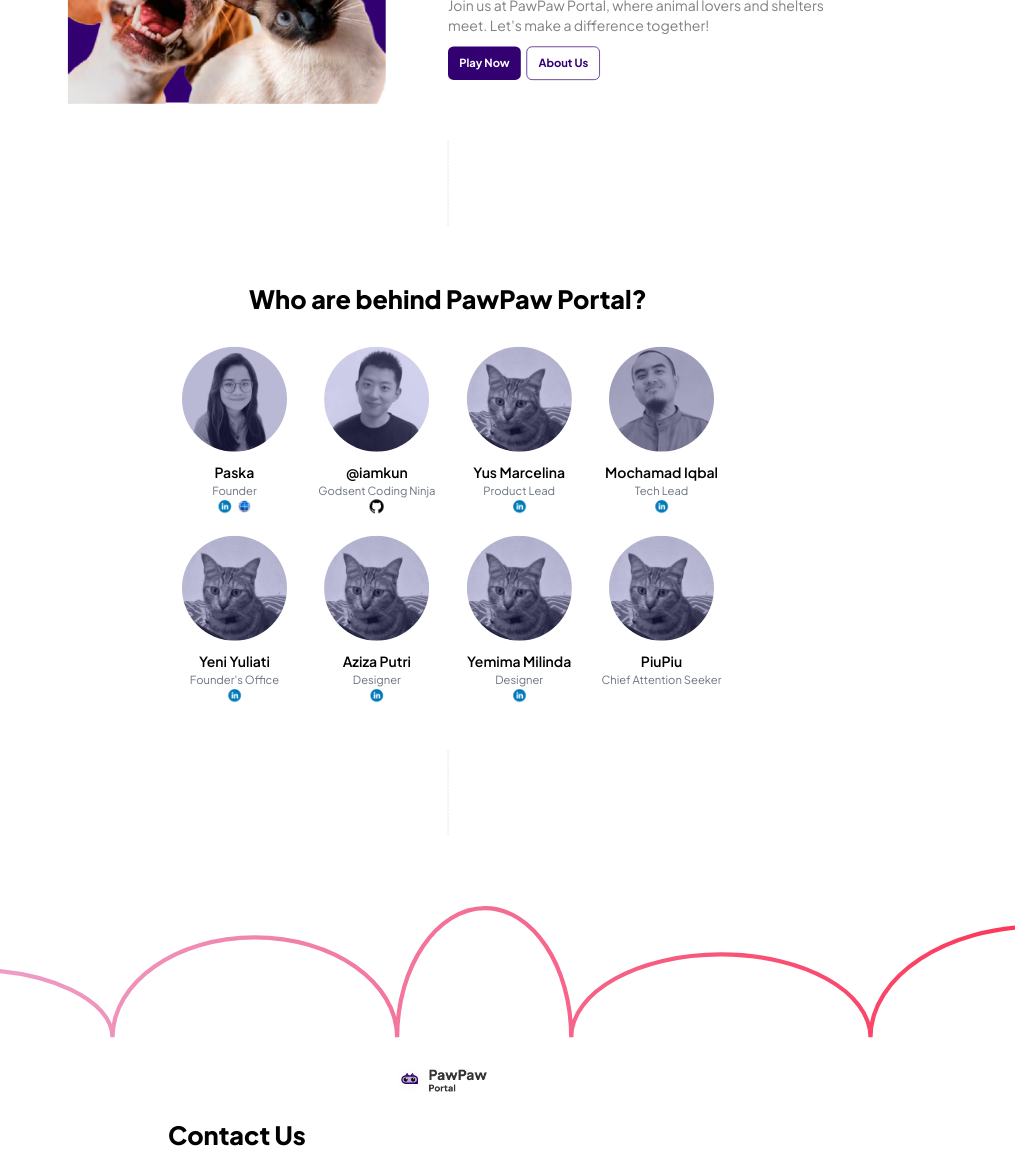
Repository: paskasiregar/pawpawwebsite
Page: /
These files come from the project's save history. The page is drawn as it stood at one moment and after the next save; the edit follows.
The browser window is 1280 px wide. The page is 1450 px wide, so the pictures cover 1450 px, including what lies to the right of the window. The pictures show the part of the page from y = 1375 to 3055 px (the page is 4064 px tall), at 70% of full size.
The project was rebuilt for these pictures with package versions that can differ from the ones it lists, and the page was loaded fresh each time. The framework's server and built-in components were replaced by stand-ins that run in the browser. Also part of the build but not shown: next.config.js, next.config.mjs.

Above is the page before, as saved 2024-09-06 12:53:35.

### src/app/layout.js
import { Inter } from "next/font/google";
import "./globals.css";

const inter = Inter({ subsets: ["latin"] });

export const metadata = {
  title: "PawPaw Portal | Your One-Stop Shelter",
  description: "Your One-Stop Shelter",
};

export default function RootLayout({ children }) {
  return (
    <html lang="en">
      <meta
        name="google-adsense-account"
        content="ca-pub-4770655134097556"
      ></meta>
      <body className={inter.className}>{children}</body>
    </html>
  );
}

### src/app/page.js
import { Contact } from "@/components/contact";
import { Divider } from "@/components/divider";
import { Footer } from "@/components/footer";
import { Header } from "@/components/header";
import CTA from "@/components/CTA";
import Hero from "@/components/hero";
import PrimaryButton from "@/components/primaryButton";
import SecButton from "@/components/secButton";
import Image from "next/image";
import bannerImage from "../assets/banner.png";
import logoHeaderImage from "../assets/banner-10.png";
import Link from "next/link";
import Head from "next/head";
import linkedin from "../assets/linkedin.webp";
import github from "../assets/github.png";
import website from "../assets/website.webp";
import piupiu from "../assets/piupiu.png";
import paska from "../assets/paska.png";
import iqbal from "../assets/iqbal.png";
import kun from "../assets/kun.png";
import julie from "../assets/julie.png";

export default async function Home() {
  return (
    <div className="w-full font-plus-jakarta m-auto flex min-h-screen flex-col items-center justify-between">
      <Head>
        <script
          async
          src="https://pagead2.googlesyndication.com/paead/js/adsbygoogle.js?client=ca-pub-4770655134097556"
          crossorigin="anonymous"
        ></script>
      </Head>
      <section className="w-full">
        <div className="centeredcontainer main-container">
          <Header />
        </div>
        <main className="main-container">
          <div className="animate-fade-in-up">
            <Hero />
          </div>
          <Divider />
          <div className="self-stretch bg-white flex flex-col md:flex-row">
            <div className="flex-1 relative h-48 md:h-[489px] z-[0] flex items-center justify-center">
              <Image
                className="w-[80%] h-auto object-cover"
                alt="banner"
                src={bannerImage}
                width={200}
                height={200}
              />
            </div>

            {/* How it works */}
            <div
              id="how-it-works"
              className="flex-1 flex flex-col items-center md:items-start justify-center gap-4 z-[1] p-4 md:p-8"
            >
              <div className="space-y-4">
                <div className="flex justify-center md:justify-start">
                  <svg
                    width="130"
                    height="77"
                    viewBox="0 0 130 77"
                    fill="none"
                    xmlns="http://www.w3.org/2000/svg"
                  >
                    <path
                      d="M2.04016 48.038C39.1938 19.0059 75.4362 75.5193 75.4362 75.5193C58.6481 44.4597 70.5515 14.7701 105.05 54.8444C105.05 54.8444 88.8644 34.0647 127.885 2.52962"
                      stroke="url(#paint0_linear_545_35744)"
                      strokeWidth="4.42591"
                      strokeMiterlimit="10"
                      strokeLinejoin="bevel"
                    />
                    <defs>
                      <linearGradient
                        id="paint0_linear_545_35744"
                        x1="19.971"
                        y1="73.8863"
                        x2="126.116"
                        y2="-0.218346"
                        gradientUnits="userSpaceOnUse"
                      >
                        <stop offset="0.2868" stopColor="#E9404C" />
                        <stop offset="0.2967" stopColor="#EA475C" />
                        <stop offset="0.3252" stopColor="#EB5B85" />
                        <stop offset="0.3554" stopColor="#EB6CA8" />
                        <stop offset="0.3871" stopColor="#EC79C5" />
                        <stop offset="0.4209" stopColor="#EC84DB" />
                        <stop offset="0.4577" stopColor="#ED8BEB" />
                        <stop offset="0.4998" stopColor="#ED90F4" />
                        <stop offset="0.5589" stopColor="#ED91F7" />
                      </linearGradient>
                    </defs>
                  </svg>
                </div>
                <div className="hidden md:flex items-center justify-center">
                  <Image
                    className="w-36 h-10 object-cover"
                    alt="Logo"
                    src={logoHeaderImage}
                    width={120}
                    height={20}
                  />
                </div>
                <div className="flex flex-col items-center md:items-start">
                  <div className="relative font-extrabold text-2xl md:text-4xl text-center md:text-left">
                    How PawPaw Portal Works
                  </div>
                </div>
                <div className="self-stretch flex flex-col md:flex-row items-center md:items-start justify-start text-lg md:text-xl text-gray-500">
                  <div className="flex-1 flex flex-col items-center md:items-start justify-start">
                    <div className="self-stretch">
                      <p className="m-0 text-center md:text-left">
                        Every video you watch on our app can help animals in
                        need. Fun, isn&apos;t it?
                      </p>
                      <p className="m-2"></p>
                      <p className="m-0 text-center md:text-left">
                        Join us at PawPaw Portal, where animal lovers and
                        shelters meet. Let&apos;s make a difference together!
                      </p>
                    </div>
                  </div>
                </div>
                <div className="flex flex-col md:flex-row gap-2">
                  <PrimaryButton href="https://game.pawpawportal.com">
                    Play Now
                  </PrimaryButton>
                  <Link
                    href="#about-us"
                    className="flex flex-col md:flex-row gap-2"
                  >
                    <SecButton>About Us</SecButton>
                  </Link>
                </div>
              </div>
            </div>
          </div>

          {/* Team */}
          <Divider />
          <div
            id="team"
            className="flex-1 flex flex-col items-center md:items-center justify-center gap-4 z-[1] p-4 md:p-8"
          >
            <div className="space-y-4 justify-center">
              <div className="flex justify-center md:justify-center"></div>

              <div className="flex flex-col items-center md:items-center mb-8">
                <div className="relative font-extrabold text-2xl md:text-4xl text-center md:text-center mb-8">
                  Who are behind PawPaw Portal?
                </div>
              </div>

              <div className="grid grid-cols-1 md:grid-cols-2 lg:grid-cols-4 gap-6 md:gap-8 justify-center">
                {/* Paska */}
                <div className="flex flex-col items-center">
                  <Image
                    className="rounded-full object-cover"
                    alt="Paska"
                    src={paska}
                    width={150}
                    height={150}
                    sizes="(max-width: 768px) 100px, (max-width: 1200px) 150px, 200px"
                  />
                  <div className="text-xl font-semibold mt-4">Paska</div>
                  <div className="text-gray-500">Founder</div>
                  <div className="flex gap-2">
                    <Link href="https://www.linkedin.com/in/pas-ka" passHref>
                      <Image
                        src={linkedin}
                        alt="LinkedIn"
                        width={20}
                        height={20}
                        sizes="(max-width: 768px) 24px, (max-width: 1200px) 24px"
                      />
                    </Link>
                    <Link href="https://www.hellopaska.com" passHref>
                      <Image
                        src={website}
                        alt="Website"
                        width={20}
                        height={20}
                        sizes="(max-width: 768px) 24px, (max-width: 1200px) 24px"
                      />
                    </Link>
                  </div>
                </div>

                {/* iamkun */}
                <div className="flex flex-col items-center">
                  <Image
                    className="rounded-full object-cover"
                    alt="@iamkun"
                    src={kun}
                    width={150}
                    height={150}
                    sizes="(max-width: 768px) 100px, (max-width: 1200px) 150px, 200px"
                  />
                  <div className="text-xl font-semibold mt-4">@iamkun</div>
                  <div className="text-gray-500">Godsent Coding Ninja</div>
                  <Link href="https://github.com/iamkun" passHref>
                    <Image
                      src={github}
                      alt="GitHub"
                      width={20}
                      height={20}
                      sizes="(max-width: 768px) 24px, (max-width: 1200px) 24px"
                    />
                  </Link>
                </div>

                {/* Kak Yus */}
                <div className="flex flex-col items-center">
                  <Image
                    className="rounded-full object-cover"
                    alt="Yus Marcelina"
                    src={piupiu}
                    width={150}
                    height={150}
                    sizes="(max-width: 768px) 100px, (max-width: 1200px) 150px, 200px"
                  />
                  <div className="text-xl font-semibold mt-4">
                    Yus Marcelina
                  </div>
                  <div className="text-gray-500">Product Lead</div>
                  <Link
                    href="https://www.linkedin.com/in/yus-marcelina"
                    passHref
                  >
                    <Link href="https://www.linkedin.com/in/pas-ka" passHref>
                      <Image
                        src={linkedin}
                        alt="LinkedIn"
                        width={20}
                        height={20}
                        sizes="(max-width: 768px) 24px, (max-width: 1200px) 24px"
                      />
                    </Link>
                  </Link>
                </div>

                {/* Mas Iqbal */}
                <div className="flex flex-col items-center">
                  <Image
                    className="rounded-full object-cover"
                    alt="Moch Iqbal"
                    src={iqbal}
                    width={150}
                    height={150}
                    sizes="(max-width: 768px) 100px, (max-width: 1200px) 150px, 200px"
                  />
                  <div className="text-xl font-semibold mt-4">
                    Mochamad Iqbal
                  </div>
                  <div className="text-gray-500">Tech Lead</div>
                  <Link
                    href="https://www.linkedin.com/in/mochamad-iqbal"
                    passHref
                  >
                    <Link href="https://www.linkedin.com/in/pas-ka" passHref>
                      <Image
                        src={linkedin}
                        alt="LinkedIn"
                        width={20}
                        height={20}
                        sizes="(max-width: 768px) 24px, (max-width: 1200px) 24px"
                      />
                    </Link>
                  </Link>
                </div>

                {/* Julie */}
                <div className="flex flex-col items-center">
                  <Image
                    className="rounded-full object-cover"
                    alt="Yeni Yuliati"
                    src={piupiu}
                    width={150}
                    height={150}
                    sizes="(max-width: 768px) 100px, (max-width: 1200px) 150px, 200px"
                  />
                  <div className="text-xl font-semibold mt-4">Yeni Yuliati</div>
                  <div className="text-gray-500">Founder's Office</div>
                  <Link
                    href="https://www.linkedin.com/in/yeni-yuliati"
                    passHref
                    target="_blank"
                    rel="noopener noreferrer"
                  >
                    <Link
                      href="https://www.linkedin.com/in/yeniyuliati/"
                      passHref
                    >
                      <Image
                        src={linkedin}
                        alt="LinkedIn"
                        width={20}
                        height={20}
                        sizes="(max-width: 768px) 24px, (max-width: 1200px) 24px"
                      />
                    </Link>
                  </Link>
                </div>

                {/* Aziza */}
                <div className="flex flex-col items-center">
                  <Image
                    className="rounded-full object-cover"
                    alt="Aziza Putri"
                    src={piupiu}
                    width={150}
                    height={150}
                    sizes="(max-width: 768px) 100px, (max-width: 1200px) 150px, 200px"
                  />
                  <div className="text-xl font-semibold mt-4">Aziza Putri</div>
                  <div className="text-gray-500">Designer</div>
                  <Link
                    href="https://www.linkedin.com/in/yeni-yuliati"
                    passHref
                    target="_blank"
                    rel="noopener noreferrer"
                  >
                    <Link href="https://www.linkedin.com/in/pas-ka" passHref>
                      <Image
                        src={linkedin}
                        alt="LinkedIn"
                        width={20}
                        height={20}
                        sizes="(max-width: 768px) 24px, (max-width: 1200px) 24px"
                      />
                    </Link>
                  </Link>
                </div>

                {/* Yemima */}
                <div className="flex flex-col items-center">
                  <Image
                    className="rounded-full object-cover"
                    alt="Yemima Milinda"
                    src={piupiu}
                    width={150}
                    height={150}
                    sizes="(max-width: 768px) 100px, (max-width: 1200px) 150px, 200px"
                  />
                  <div className="text-xl font-semibold mt-4">
                    Yemima Milinda
                  </div>
                  <div className="text-gray-500">Designer</div>
                  <Link
                    href="https://www.linkedin.com/in/yeni-yuliati"
                    passHref
                    target="_blank"
                    rel="noopener noreferrer"
                  >
                    <Link href="https://www.linkedin.com/in/pas-ka" passHref>
                      <Image
                        src={linkedin}
                        alt="LinkedIn"
                        width={20}
                        height={20}
                        sizes="(max-width: 768px) 24px, (max-width: 1200px) 24px"
                      />
                    </Link>
                  </Link>
                </div>

                {/* PiuPiu */}
                <div className="flex flex-col items-center">
                  <Image
                    className="rounded-full object-cover"
                    alt="PiuPiu"
                    src={piupiu}
                    width={150}
                    height={150}
                    sizes="(max-width: 768px) 100px, (max-width: 1200px) 150px, 200px"
                  />
                  <div className="text-xl font-semibold mt-4">PiuPiu</div>
                  <div className="text-gray-500">Chief Attention Seeker</div>
                </div>
              </div>
            </div>
          </div>

          <Divider />
          <Contact />
        </main>
        <div className="w-full">
          <div>
            <CTA />
          </div>
          <div id="about-us">
            <Footer />
          </div>
        </div>
      </section>
    </div>
  );
}

### src/components/divider.jsx
export const Divider = () => {
  return (
    <div className="self-stretch h-[195px] flex flex-row items-center justify-center py-16 px-[130px] box-border">
      <div className="w-px relative box-border h-[121px] border-r-[1px] border-dashed border-gray-300" />
    </div>
  );
};

### src/components/header.jsx
import Link from "next/link";
import PrimaryButton from "@/components/primaryButton";
import React from "react";
import Image from "next/image";
import logoHeaderImage from "../assets/banner-10.png";

export const Header = () => {
  return (
    <div className="font-plus-jakarta w-full flex flex-col items-center justify-center text-left text-gray-500">
      <div className="self-stretch bg-white flex flex-col items-center justify-center text-sm">
        <div className="w-full header-content p-2.5 box-border">
          <Link href="/">
            {" "}
            {/* Homepage */}
            <Image
              className="w-36 h-10 object-cover"
              alt="Logo"
              src={logoHeaderImage}
              width={120}
              height={20}
            />
          </Link>
          <div className="hidden md:flex flex-row items-center justify-center gap-8">
            <div>
              <Link href="#how-it-works">How It Works</Link>
            </div>
            <div>
              <Link href="#about-us">About Us</Link>
            </div>
            <div>
              <Link href="/privacy">Privacy Policy</Link>
            </div>
          </div>
          <div className="header-logo-button">
            <PrimaryButton href="https://game.pawpawportal.com">
              Be Our Hero Today!
            </PrimaryButton>
          </div>
        </div>
      </div>
    </div>
  );
};

export default Header;

### src/components/CTA.jsx
import React from "react";
import Link from "next/link";

const CTA = () => {
  return (
    <div className="cta-container font-plus-jakarta p-4 md:p-8 flex flex-col md:flex-row items-center justify-center">
      <svg
        className="cta-decoration mb-4 md:mb-0 md:mr-4"
        width="48"
        height="46"
        viewBox="0 0 48 46"
        fill="none"
        xmlns="http://www.w3.org/2000/svg"
      >
        <path
          d="M2 46C2 27.296 29.551 30.0086 36.5736 34.5625C36.5736 34.5625 14.4611 2 47.5714 2"
          stroke="url(#cta_gradient)"
          strokeWidth="3.92857"
          strokeMiterlimit="10"
          strokeLinejoin="bevel"
        />
        <defs>
          <linearGradient
            id="cta_gradient"
            x1="37.3571"
            y1="2"
            x2="7.5"
            y2="46"
            gradientUnits="userSpaceOnUse"
          >
            <stop stopColor="#FF2445" />
            <stop offset="1" stopColor="#F5AB0E" />
          </linearGradient>
        </defs>
      </svg>
      <Link href="https://game.pawpawportal.com">
        <div className="cta-button text-center bg-gradient-to-r from-orange-500 to-pink-500 text-white font-bold py-2 px-4 rounded-lg shadow-lg cursor-pointer">
          Play Our Game Now
        </div>
      </Link>
    </div>
  );
};

export default CTA;

### src/components/primaryButton.jsx
import React from "react";

const PrimaryButton = ({ children, onClick }) => {
  return (
    <button
      className="self-stretch bg-inherit-320071 hover:bg-blue-700 text-white font-bold px-4 py-3 rounded-lg"
      onClick={onClick}
    >
      {children}
    </button>
  );
};

export default PrimaryButton;

### src/components/secButton.jsx
import React from "react";

const SecButton = ({ children, onClick }) => {
  return (
    <button
      className="bg-white border border-inherit-320071 text-inherit-320071 font-bold py-2 px-4 rounded-lg"
      onClick={onClick}
    >
      {children}
    </button>
  );
};

export default SecButton;

### src/components/nameInput.jsx
import React from "react";

const NameInput = ({ value, onChange }) => {
  return (
    <div className="mb-4">
      <label
        className="block text-gray-700 text-sm font-bold mb-2"
        htmlFor="name"
      >
        Name
      </label>
      <input
        id="name"
        type="text"
        value={value}
        onChange={onChange}
        className="shadow appearance-none border rounded w-full py-2 px-3 text-gray-700 leading-tight focus:outline-none focus:shadow-outline"
        placeholder="Your Name"
      />
    </div>
  );
};

export default NameInput;

### src/components/emailInput.jsx
import React from "react";

const EmailInput = ({ value, onChange }) => {
  return (
    <div className="mb-4">
      <label
        className="block text-gray-700 text-sm font-bold mb-2"
        htmlFor="email"
      >
        Email
      </label>
      <input
        id="email"
        type="email"
        value={value}
        onChange={onChange}
        className="shadow appearance-none border rounded w-full py-2 px-3 text-gray-700 leading-tight focus:outline-none focus:shadow-outline"
        placeholder="Your Email"
      />
    </div>
  );
};

export default EmailInput;

### src/components/mesageInput.jsx
import React from "react";

const MessageInput = ({ value, onChange }) => {
  return (
    <div className="mb-4">
      <label
        className="block text-gray-700 text-sm font-bold mb-2"
        htmlFor="message"
      >
        Message
      </label>
      <textarea
        id="message"
        value={value}
        onChange={onChange}
        className="shadow appearance-none border rounded w-full py-2 px-3 text-gray-700 leading-tight focus:outline-none focus:shadow-outline"
        placeholder="Your Message"
        rows="5"
      />
    </div>
  );
};

export default MessageInput;

Loaded but not shown: tailwind.config.js (33 lines, source omitted); src/components/hero.jsx (211 lines, source omitted); src/components/footer.jsx (175 lines, source omitted); src/components/contact.jsx (94 lines, source omitted); src/app/globals.css (122 lines, source omitted)

After the next save:
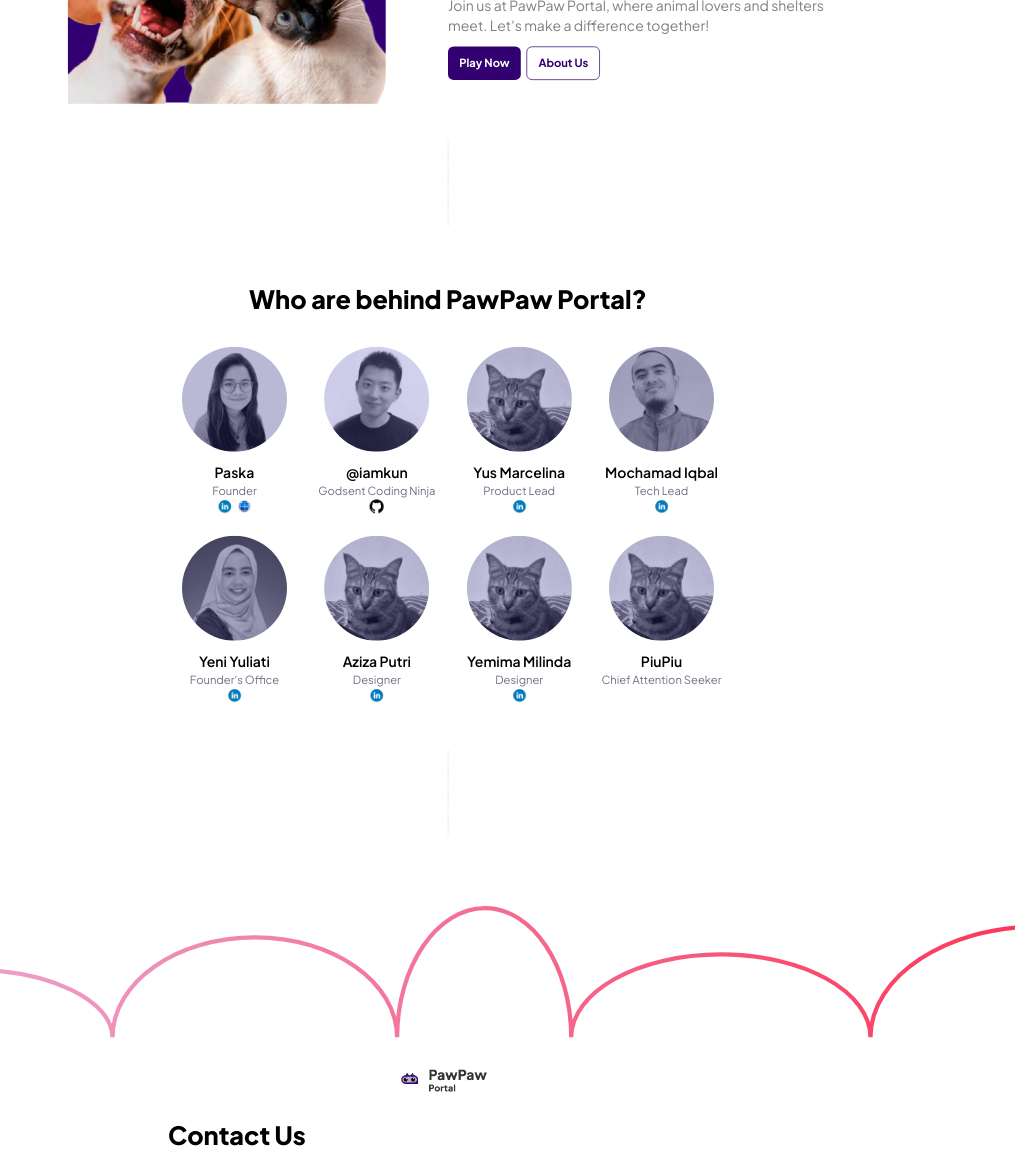
Saved 6 s later.
--- a/src/app/page.js
+++ b/src/app/page.js
@@ -275,7 +275,7 @@ export default async function Home() {
                   <Image
                     className="rounded-full object-cover"
                     alt="Yeni Yuliati"
-                    src={piupiu}
+                    src={julie}
                     width={150}
                     height={150}
                     sizes="(max-width: 768px) 100px, (max-width: 1200px) 150px, 200px"
